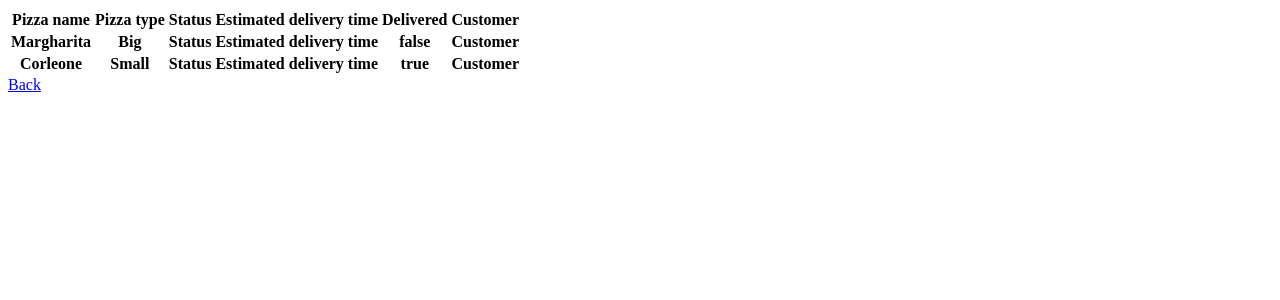
Repository: lukas77pro/html_css_js
Page: html/Test/WebContent/Tabela.html
An editor plug-in stored every save of this project. The page is shown before and after the next save, followed by the edit.
The browser window is 1280 px wide. The pictures show the whole page.

Above is the page before, as saved 2015-07-10 11:49:45.

### html/Test/WebContent/Tabela.html
<!DOCTYPE html>
<html>
<head>
<meta charset="UTF-8">
<title>Insert title here</title>
</head>
<body>
	<table>
		<tr>
			<th>Pizza name</th>
			<th>Pizza type</th>
			<th>Status</th>
			<th>Estimated delivery time</th>
			<th>Delivered</th>
			<th>Customer</th>
		</tr>
		<tr>
			<th>Margharita</th>
			<th>Big</th>
			<th>Status</th>
			<th>Estimated delivery time</th>
			<th>false</th>
			<th>Customer</th>
		</tr>
		<tr>
			<th>Corleone</th>
			<th>Small</th>
			<th>Status</th>
			<th>Estimated delivery time</th>
			<th>true</th>
			<th>Customer</th>
		</tr>
	</table>

	<a href="Formularz.html">Back</a>

</body>
</html>

After the next save:
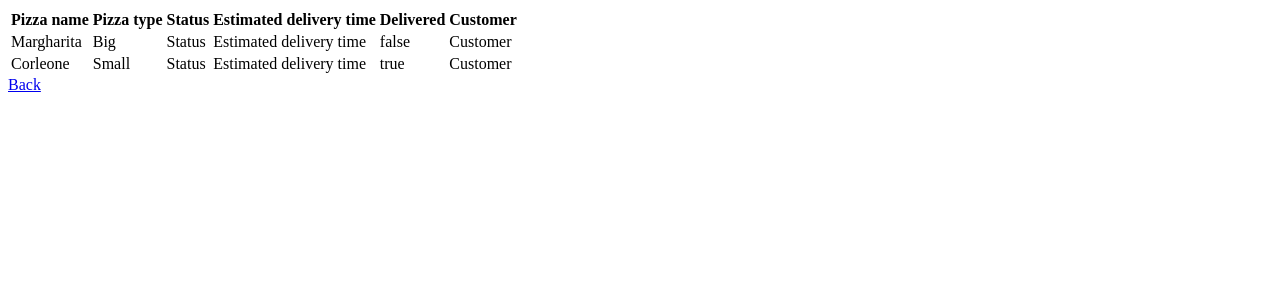
Saved 118 s later.
--- a/html/Test/WebContent/Tabela.html
+++ b/html/Test/WebContent/Tabela.html
@@ -15,20 +15,20 @@
 			<th>Customer</th>
 		</tr>
 		<tr>
-			<th>Margharita</th>
-			<th>Big</th>
-			<th>Status</th>
-			<th>Estimated delivery time</th>
-			<th>false</th>
-			<th>Customer</th>
+			<td>Margharita</td>
+			<td>Big</td>
+			<td>Status</td>
+			<td>Estimated delivery time</td>
+			<td>false</td>
+			<td>Customer</td>
 		</tr>
 		<tr>
-			<th>Corleone</th>
-			<th>Small</th>
-			<th>Status</th>
-			<th>Estimated delivery time</th>
-			<th>true</th>
-			<th>Customer</th>
+			<td>Corleone</td>
+			<td>Small</td>
+			<td>Status</td>
+			<td>Estimated delivery time</td>
+			<td>true</td>
+			<td>Customer</td>
 		</tr>
 	</table>
 
